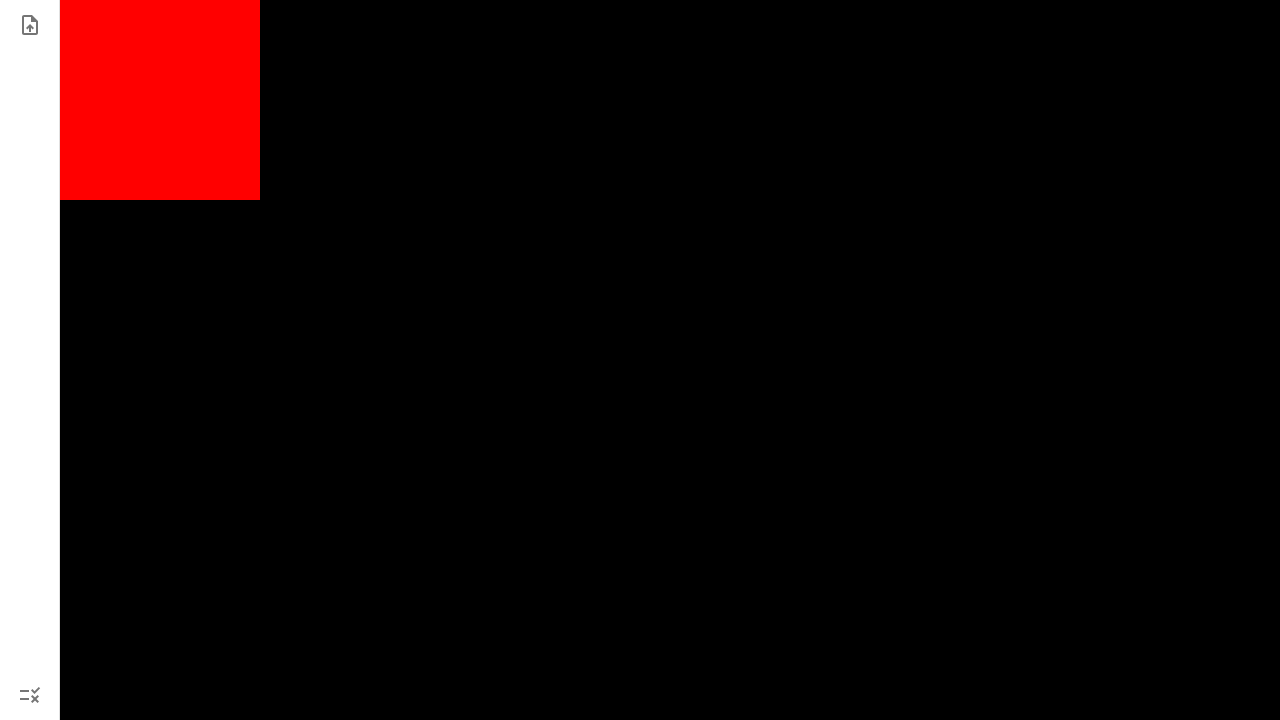
Repository: imark00/sbolInsight_frontend
Page: /
These files come from the project's save history. The page is drawn as it stood at one moment and after the next save; the edit follows.
The browser window is 1280 px wide. The pictures show the whole page.
The project was rebuilt for these pictures with package versions that can differ from the ones it lists, and the page was loaded fresh each time. Also part of the build but not shown: src/App.css.

Above is the page before, as saved 2024-08-19 17:11:05.

### src/App.js
import './App.css';
import SBOLInsightPage from './sbolInsight';

function App() {
  return (
    <SBOLInsightPage />
  );
}

export default App;

### src/sbolInsight.js
import React, { useState } from "react";
import { Drawer, Box, IconButton, Typography, Modal, Button, Divider } from "@mui/material";
import UploadFileIcon from '@mui/icons-material/UploadFile';
import RuleOutlinedIcon from '@mui/icons-material/RuleOutlined';
import { useDropzone } from 'react-dropzone'
import { List, ListItem, ListItemIcon, ListItemText } from '@mui/material';
import InsertDriveFileOutlinedIcon from '@mui/icons-material/InsertDriveFileOutlined';
import axios from "axios";
import './App.css';
import CytoscapeComponent from 'react-cytoscapejs';


const drawerWidth = "60px"

// function timeout(delay) {
//     return new Promise(res => setTimeout(res, delay));
// }

const SBOLInsightPage = () => {

    const [openVModal, setOpenVModal] = useState(false);
    const openValidationModal = () => setOpenVModal(true);
    const closeValidationModal = () => setOpenVModal(false);

    const [testData, setTestData] = useState('');

    const [open, setOpen] = useState(false);
    const openUploadFileModal = () => setOpen(true);
    const closeUploadFileModal = () => setOpen(false);

    const { acceptedFiles, getRootProps, getInputProps } = useDropzone({
        maxFiles: 1, accept: {
            'application/rdf+xml': ['.rdf'],
            'text/turtle': ['.ttl'],
        }
    });
    const files = acceptedFiles.map(file => (
        <ListItem
            key={file.path}
        >
            <ListItemIcon>
                <InsertDriveFileOutlinedIcon />
            </ListItemIcon>
            <ListItemText primary={file.path} />
        </ListItem>
    ));

    // const [uploadProgress, setUploadProgress] = useState(0);


    const graphData = {
        "elements": {
            "nodes": [
                {
                    "id": "n1",
                    "name": "col1",
                    "uri": "https://sbolstandard.org/examples/col1"
                },
                {
                    "id": "n2",
                    "name": "TetR_protein",
                    "uri": "https://sbolstandard.org/examples/TetR_protein"
                },
                {
                    "id": "n3",
                    "name": "LacI_protein",
                    "uri": "https://sbolstandard.org/examples/LacI_protein"
                },
                {
                    "id": "n4",
                    "name": "examples",
                    "uri": "https://sbolstandard.org/examples"
                },
                {
                    "id": "n5",
                    "name": "Collection",
                    "uri": "http://sbols.org/v3#Collection"
                },
                {
                    "id": "n6",
                    "name": "https://identifiers.org/SBO:0000252",
                    "uri": "https://identifiers.org/SBO:0000252"
                },
                {
                    "id": "n7",
                    "name": "GO:0003700",
                    "uri": "GO:0003700"
                },
                {
                    "id": "n8",
                    "name": "LacI",
                    "uri": "LacI"
                },
                {
                    "id": "n9",
                    "name": "LacI protein",
                    "uri": "LacI protein"
                },
                {
                    "id": "n10",
                    "name": "Component",
                    "uri": "http://sbols.org/v3#Component"
                },
                {
                    "id": "n11",
                    "name": "https://identifiers.org/GO:0003700",
                    "uri": "https://identifiers.org/GO:0003700"
                },
                {
                    "id": "n12",
                    "name": "TetR",
                    "uri": "TetR"
                },
                {
                    "id": "n13",
                    "name": "TetR protein",
                    "uri": "TetR protein"
                }
            ],
            "edges": [
                {
                    "id": "e1",
                    "label": "member",
                    "source": "n1",
                    "target": "n2"
                },
                {
                    "id": "e2",
                    "label": "member",
                    "source": "n1",
                    "target": "n3"
                },
                {
                    "id": "e3",
                    "label": "hasNamespace",
                    "source": "n1",
                    "target": "n4"
                },
                {
                    "id": "e4",
                    "label": "displayId",
                    "source": "n1",
                    "target": "n1"
                },
                {
                    "id": "e5",
                    "label": "type",
                    "source": "n1",
                    "target": "n5"
                },
                {
                    "id": "e6",
                    "label": "type",
                    "source": "n3",
                    "target": "n6"
                },
                {
                    "id": "e7",
                    "label": "role",
                    "source": "n3",
                    "target": "n7"
                },
                {
                    "id": "e8",
                    "label": "name",
                    "source": "n3",
                    "target": "n8"
                },
                {
                    "id": "e9",
                    "label": "hasNamespace",
                    "source": "n3",
                    "target": "n4"
                },
                {
                    "id": "e10",
                    "label": "displayId",
                    "source": "n3",
                    "target": "n3"
                },
                {
                    "id": "e11",
                    "label": "description",
                    "source": "n3",
                    "target": "n9"
                },
                {
                    "id": "e12",
                    "label": "type",
                    "source": "n3",
                    "target": "n10"
                },
                {
                    "id": "e13",
                    "label": "type",
                    "source": "n2",
                    "target": "n6"
                },
                {
                    "id": "e14",
                    "label": "role",
                    "source": "n2",
                    "target": "n11"
                },
                {
                    "id": "e15",
                    "label": "name",
                    "source": "n2",
                    "target": "n12"
                },
                {
                    "id": "e16",
                    "label": "hasNamespace",
                    "source": "n2",
                    "target": "n4"
                },
                {
                    "id": "e17",
                    "label": "displayId",
                    "source": "n2",
                    "target": "n2"
                },
                {
                    "id": "e18",
                    "label": "description",
                    "source": "n2",
                    "target": "n13"
                },
                {
                    "id": "e19",
                    "label": "type",
                    "source": "n2",
                    "target": "n10"
                }
            ]
        },
        "status": "success"
    }

    const elements = [
        { data: { id: 'one', label: 'Node 1' }, position: { x: 0, y: 0 } },
        { data: { id: 'two', label: 'Node 2' }, position: { x: 100, y: 0 } },
        { data: { source: 'one', target: 'two', label: 'Edge from Node1 to Node2' } }
    ];

    const message = "Could not validate the SBOL document:\r\nsbol3-11804 - If the hasParticipation properties of an Interaction refer to one or more Participation objects, and one of the type properties of this Interaction comes from Table 11, then the Participation objects SHOULD have a role from the set of role properties that is cross listed with this type in Table 12.,\r\n\tValue: [https://identifiers.org/SBO:0000019],\r\n\tProperty: components[5].interactions[0].hasParticipation[https://sbolstandard.org/examples/TetR_producer/Interaction2/Participation2].role,\r\n\tEntity URI: https://sbolstandard.org/examples/TetR_producer/Interaction2,\r\n\tEntity Type: class org.sbolstandard.core3.entity.Interaction\r\n\r\nsbol3-11902 - The Feature referenced by the participant property of a Participation MUST be contained by the Component that contains the Interaction that contains the Participation.,\r\n\tChild Entity URI: https://sbolstandard.org/examples/TetR_producer/SubComponent9,\r\n\tChild Entity Type: class org.sbolstandard.core3.entity.SubComponent,\r\n\tProperty: components[16].hasInteraction[https://sbolstandard.org/examples/LacI_producer/Interaction4].hasParticipation[https://sbolstandard.org/examples/LacI_producer/Interaction4/Participation3].participant,\r\n\tEntity URI: https://sbolstandard.org/examples/LacI_producer,\r\n\tEntity Type: class org.sbolstandard.core3.entity.Component\r\n\r\nsbol3-11804 - If the hasParticipation properties of an Interaction refer to one or more Participation objects, and one of the type properties of this Interaction comes from Table 11, then the Participation objects SHOULD have a role from the set of role properties that is cross listed with this type in Table 12.,\r\n\tValue: [https://identifiers.org/SBO:0000019],\r\n\tProperty: components[16].interactions[0].hasParticipation[https://sbolstandard.org/examples/LacI_producer/Interaction3/Participation2].role,\r\n\tEntity URI: https://sbolstandard.org/examples/LacI_producer/Interaction3,\r\n\tEntity Type: class org.sbolstandard.core3.entity.Interaction"


    const testAPI = async () => {
        try {
            let response = await fetch("http://localhost:8080/api/test")
            if (response.status === 200) {
                let data = await response.json()
                setTestData(data)
            }
        } catch (error) {
            console.error('Error:', error)
        }
    }
    // useEffect(() => { testAPI() }, [])

    const getGraphData = async () => {
        try {
            const url = "http://localhost:8080/api/graph-data"
            const formData = new FormData();
            formData.append('file', acceptedFiles[0]);
            const config = {
                headers: {
                    'content-type': 'multipart/form-data',
                },
                // onUploadProgress: function (progressEvent) {
                //     const percentCompleted = Math.round((progressEvent.loaded * 100) / progressEvent.total);
                //     setUploadProgress(percentCompleted);
                // }
            }
            let response = await axios.post(url, formData, config)
            console.log(response)
        } catch (error) {
            console.error('Error:', error)
        }
    }


    function showValiationModal() {
        openVModal ? closeValidationModal() : openValidationModal()
    }

    function submitFile(event) {
        event.preventDefault()
        closeUploadFileModal()
        getGraphData()
    }


    return (
        <Box
            sx={{ display: 'flex' }}
        >
            {/* Drawer */}
            <Drawer
                sx={{
                    width: drawerWidth,
                    flexShrink: 0,
                    '& .MuiDrawer-paper': {
                        width: drawerWidth,
                        boxSizing: 'border-box',
                        padding: '5px',
                        display: 'flex',
                        flexDirection: 'column',
                        justifyContent: 'space-between',
                    },
                }}
                variant="permanent"
                anchor="left"
            >
                <IconButton
                    onClick={openUploadFileModal}
                >
                    <UploadFileIcon />
                </IconButton>

                <IconButton
                    onClick={showValiationModal}
                >
                    <RuleOutlinedIcon />
                </IconButton>
            </Drawer>

            <Box
                sx={{
                    position: 'relative',
                    width: "100vw", height: "100vh",
                    backgroundColor: 'black',
                }}>
                <Box
                    sx={{
                        width: 200,
                        height: 200,
                        backgroundColor: 'red',
                        position: 'absolute',
                        top: 0,
                        left: 0,
                    }}
                />


                {/* Validation results view */}
                {openVModal ?
                    <Box id="validationModal"
                        sx={{
                            width: "100%",
                            height: "260px",
                            backgroundColor: '#F8F8F8',
                            position: 'absolute',
                            bottom: 0,
                            right: 0,
                            border: '3px solid #CBD0DC',
                            boxSizing: "border-box",
                            padding: "10px 20px 20px 20px",
                            display: 'flex',
                            flexDirection: 'column',
                        }}
                    >
                        <Box
                            sx={{
                                display: 'flex',
                                flexDirection: 'column',
                                overflowY: 'auto',
                                flex: 1,
                            }}>
                            <Box
                                sx={{
                                    display: 'flex',
                                    flexDirection: 'row',
                                    justifyContent: 'space-between',
                                }}
                            >
                                <Typography>
                                    Validation Report : test.rdf
                                </Typography>

                                <Button
                                    variant="text"
                                    size="small"
                                    color="error"
                                    onClick={showValiationModal}
                                    sx={{
                                        letterSpacing: "0.04em"
                                    }}
                                >
                                    Close
                                </Button>
                            </Box>

                            {/* <Typography id="message"
                                sx={{
                                    whiteSpace: "pre-line"
                                }}
                            >
                                {message}
                            </Typography> */}

                            <Box
                                sx={{
                                    flex: 1,
                                    overflowY: 'auto',
                                }}>
                                <div className="validationText">
                                    {message}
                                </div>
                            </Box>
                        </Box>
                    </Box>
                    : null
                }
            </Box>

            {/* // Upload file modal */}
            <Modal
                open={open}
                onClose={closeUploadFileModal}
                aria-labelledby="modal-modal-title"
                aria-describedby="modal-modal-description"
                slotProps={{
                    backdrop: {
                        style: {
                            backgroundColor: 'transparent',
                            boxShadow: 'none'
                        }
                    }
                }}

            >
                <Box
                    sx={{
                        position: "absolute",
                        top: "50%",
                        left: "50%",
                        transform: "translate(-50%, -50%)",
                        width: "475px",
                        bgcolor: "background.paper",
                        boxShadow: 24,
                        borderRadius: "23px",
                    }}
                >
                    <Box
                        sx={{
                            display: 'flex',
                            flexDirection: 'row',
                            justifyContent: 'space-between',
                            paddingLeft: '11px',
                            paddingRight: '7px',
                            paddingTop: '7px',
                            paddingBottom: '2px',
                        }}
                    >
                        <Typography
                            fontSize={"19px"}
                            letterSpacing={"0.02em"}
                        >
                            Upload SBOL File
                        </Typography>

                        <Button
                            variant="text"
                            size="small"
                            color="error"
                            onClick={closeUploadFileModal}
                            sx={{ letterSpacing: "0.04em" }}
                        >
                            Close
                        </Button>
                    </Box>
                    <Divider
                        sx={{
                            borderBottomWidth: '2px',
                            borderColor: "#CBD0DC"
                        }}
                    />

                    <Box
                        sx={{
                            paddingTop: "45px",
                            paddingLeft: "25px",
                            paddingRight: "25px",
                            paddingBottom: "16px",
                            textAlign: "center",
                        }}
                    >
                        <Box
                            sx={{
                                border: "2px dashed #CBD0DC",
                                borderRadius: "14px",
                                height: "100px",
                                marginBottom: "20px",
                                width: "100%",
                                flexDirection: 'column',
                                justifyContent: 'center',
                                display: 'flex',
                            }}
                            {...getRootProps({ className: 'dropzone' })}
                        >
                            <input {...getInputProps()} />
                            <Box >
                                <Typography
                                    color={"#292D32"}
                                    fontSize={"15px"}
                                    letterSpacing={"0.04em"}
                                >
                                    Choose a file or drap and drop it here
                                </Typography>

                                <Typography
                                    color={"#A9ACB4"}
                                    fontSize={"12px"}
                                    letterSpacing={"0.04em"}
                                >
                                    RDF/XML, Turtle, N-Triples, and JSON-LD formats, up to 25MB
                                </Typography>
                            </Box>
                        </Box>

                        {/* <progress value={uploadProgress} max="100"></progress> */}

                        <List>{files}</List>

                        <Button
                            variant="contained"
                            sx={{
                                borderRadius: "11px",
                                width: "168px",
                                backgroundColor: "#084BCF",
                            }}
                            disabled={files.length === 0}
                            onClick={submitFile}
                        >
                            Submit
                        </Button>
                    </Box>



                </Box>
            </Modal>
        </Box>
    );
}

export default SBOLInsightPage;

Loaded but not shown: public/index.html (common file); src/index.js (common file); src/index.css (common file); src/reportWebVitals.js (common file)

After the next save:
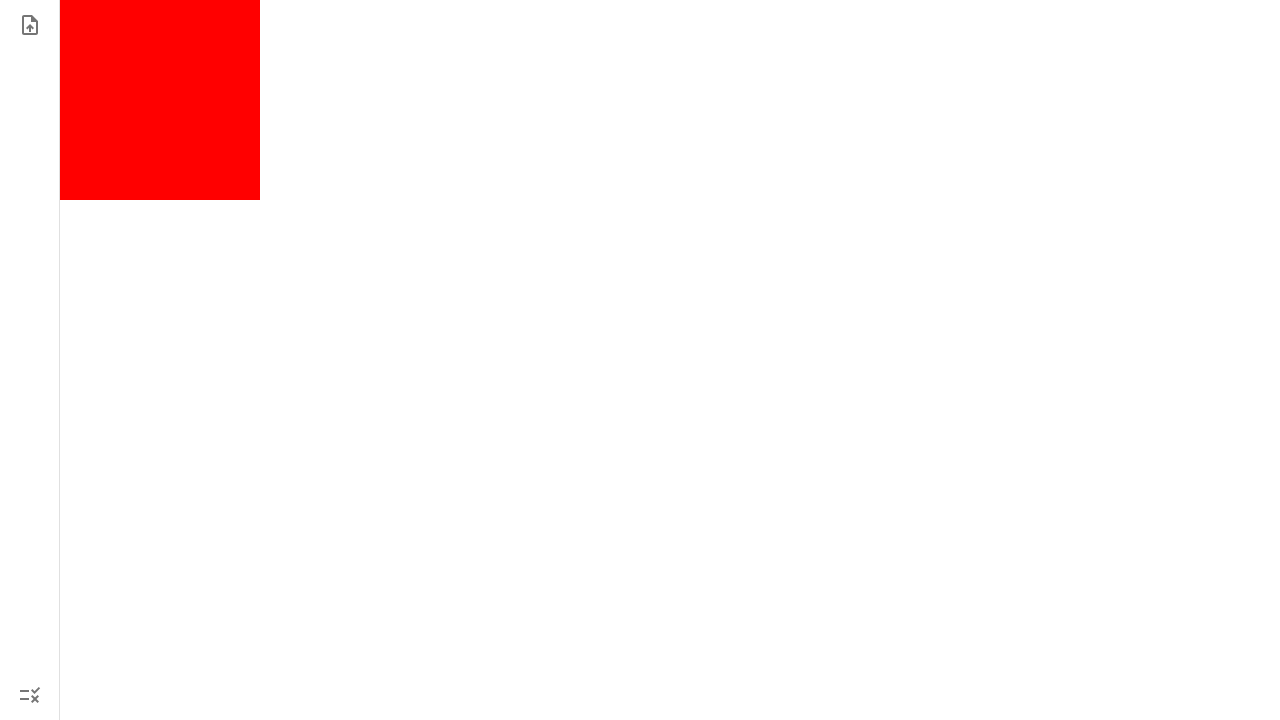
Saved 71 s later.
--- a/src/sbolInsight.js
+++ b/src/sbolInsight.js
@@ -330,7 +330,7 @@ const SBOLInsightPage = () => {
                 sx={{
                     position: 'relative',
                     width: "100vw", height: "100vh",
-                    backgroundColor: 'black',
+                    backgroundColor: 'white',
                 }}>
                 <Box
                     sx={{
